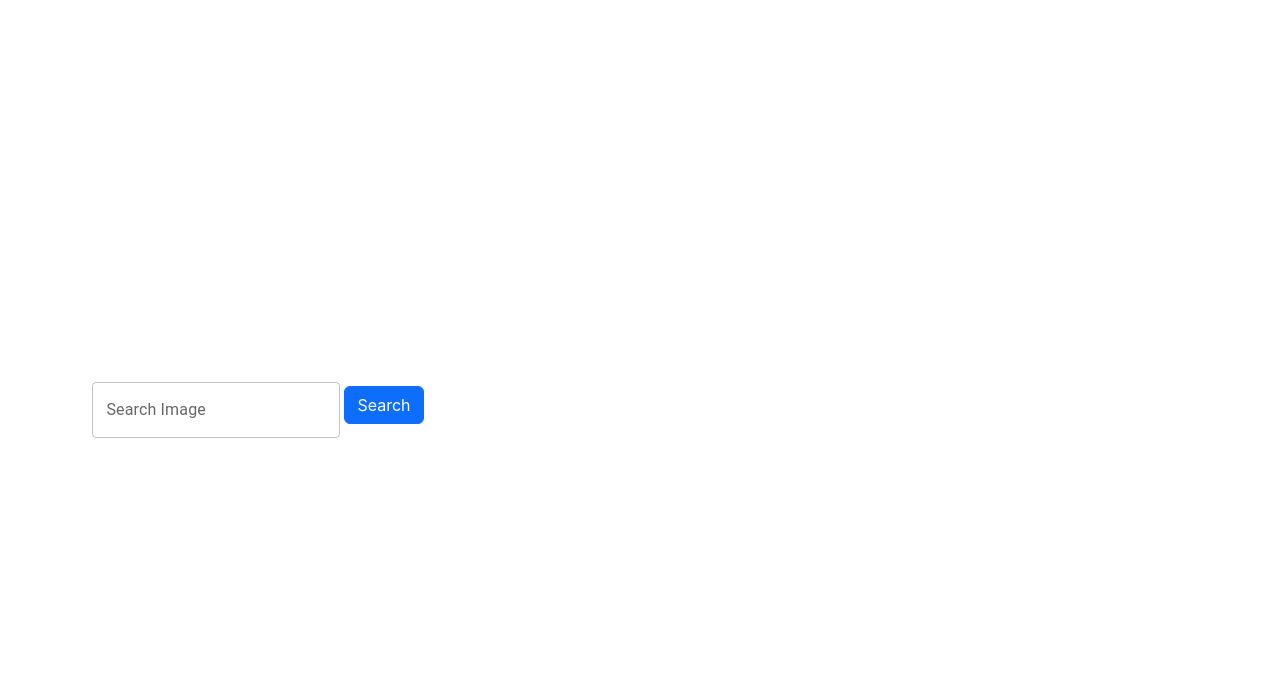
Repository: mohit78911/Snapshot
Page: /
The author's editor kept a copy of each file at every save. The page is drawn from the files as they stood at one save, then again after a run of saves.
The browser window is 1280 px wide. The pictures show the whole page.
The project was rebuilt for these pictures with package versions that can differ from the ones it lists, and the page was loaded fresh each time.

Above is the page before, as saved 2023-09-01 10:45:41.

### public/index.html
<!DOCTYPE html>
<html lang="en">
  <head>
    <meta charset="utf-8" />
    <link rel="icon" href="%PUBLIC_URL%/favicon.ico" />
    <link href="https://cdn.jsdelivr.net/npm/bootstrap@5.3.1/dist/css/bootstrap.min.css" rel="stylesheet" integrity="sha384-4bw+/aepP/YC94hEpVNVgiZdgIC5+VKNBQNGCHeKRQN+PtmoHDEXuppvnDJzQIu9" crossorigin="anonymous">
    <meta name="viewport" content="width=device-width, initial-scale=1" />
    <meta name="theme-color" content="#000000" />
    <meta
      name="description"
      content="Web site created using create-react-app"
    />
    <link rel="apple-touch-icon" href="%PUBLIC_URL%/logo192.png" />

    <link rel="manifest" href="%PUBLIC_URL%/manifest.json" />

    <title>React App</title>
  </head>
  <body style="text-align: center;">
    <noscript>You need to enable JavaScript to run this app.</noscript>
    <div id="root"></div>
    <script src="https://cdn.jsdelivr.net/npm/bootstrap@5.3.1/dist/js/bootstrap.bundle.min.js" integrity="sha384-HwwvtgBNo3bZJJLYd8oVXjrBZt8cqVSpeBNS5n7C8IVInixGAoxmnlMuBnhbgrkm" crossorigin="anonymous"></script>
  </body>
</html>

### src/App.js
import { Box } from "@mui/material";
import React from "react";
import SnapShot from "./snapshot/SnapShot";
console.log("hey i am snapshot Component")
export default function App() {
  return (
    <Box>
      <SnapShot />
    </Box>
  );
}

### src/snapshot/SnapShot.js
import React, { useEffect, useState } from "react";
import axios from "axios";
import "../App.css";

import SnapshotTable from "./SnapshotTable";
import SearchBox from "./SearchBox";

export default function SnapShot() {
  const [image, setImage] = useState("");
  const [data, setData] = useState([]);
  const getData = (e) => {
    e.preventDefault();
    axios
      .get(
        `https://api.unsplash.com/search/collections?page=1&query=${image}&client_id=-DzO7DyFZFBUXuUjR2Tb8dbbi8Qcg40oNw2kVfqoREI`
      )
      .then((result) => {
        setData(result.data.results[0].preview_photos);
        // console.log(result.data.results[0].preview_photos);
      })
      .catch((error) => console.log(error));
  };

  // useEffect(() => {
  //   getData();
  // }, []);

  console.log(data);
  return (
    <div class="container">
    <div class="row">
      <div class="col-4" className="firstColoum">
      <SearchBox setImage={setImage} image={image} getData={getData} />
      </div>
      <div class="col-8">
      <SnapshotTable data={data} />
      </div>
    </div>
    </div>
  );
}

### src/App.css
.App {
  text-align: center;
}

.App-logo {
  height: 40vmin;
  pointer-events: none;
}

@media (prefers-reduced-motion: no-preference) {
  .App-logo {
    animation: App-logo-spin infinite 20s linear;
  }
}

.App-header {
  background-color: #282c34;
  min-height: 100vh;
  display: flex;
  flex-direction: column;
  align-items: center;
  justify-content: center;
  font-size: calc(10px + 2vmin);
  color: white;
}

.App-link {
  color: #61dafb;
}

@keyframes App-logo-spin {
  from {
    transform: rotate(0deg);
  }

  to {
    transform: rotate(360deg);
  }
}

.firstColoum{
  margin-top: 52vh;
}

### src/snapshot/SnapshotTable.js
import React from "react";
import "./SnapshotCss.css";

function SnapshotTable({ data }) {
  return (
    <div>
      <div>
        {data.map((value, i) => {
          return (
            <tr key={i} className="imgdisplay">
              <td>
                <div className="card" style={{ width: "18rem" }}>
                  <img className="card-img-top" src={value.urls.regular} />
                </div>
              </td>
            </tr>
          );
        })}
      </div>
    </div>
  );
}

export default SnapshotTable;

### src/snapshot/SearchBox.js
import React from "react";
import { TextField } from "@mui/material";
import "./SearchBox.css"

function SearchBox({ getData, setImage, image }) {
  return (
    <div>
      <div>
        <form onSubmit={getData} className="mt-2">
          <TextField
            value={image}
            onChange={(e) => setImage(e.target.value)}
            label="Search Image"
          />
          <button type="submit" className="btn btn-primary m-1">
            Search
          </button>
        </form>
      </div>
    </div>
  );
}

export default SearchBox;

### src/snapshot/SnapshotCss.css
.imgdisplay {
    display:inline-flex;
    margin-top: 15px;
    /* justify-content: center;
    align-items: center;
    align-content: center; */
}

*{
    flex: 5;
}

### src/snapshot/SearchBox.css
*{
    flex: 5;
}

Loaded but not shown: src/index.js (common file); src/index.css (common file); src/reportWebVitals.js (common file)

After the next 2 saves:
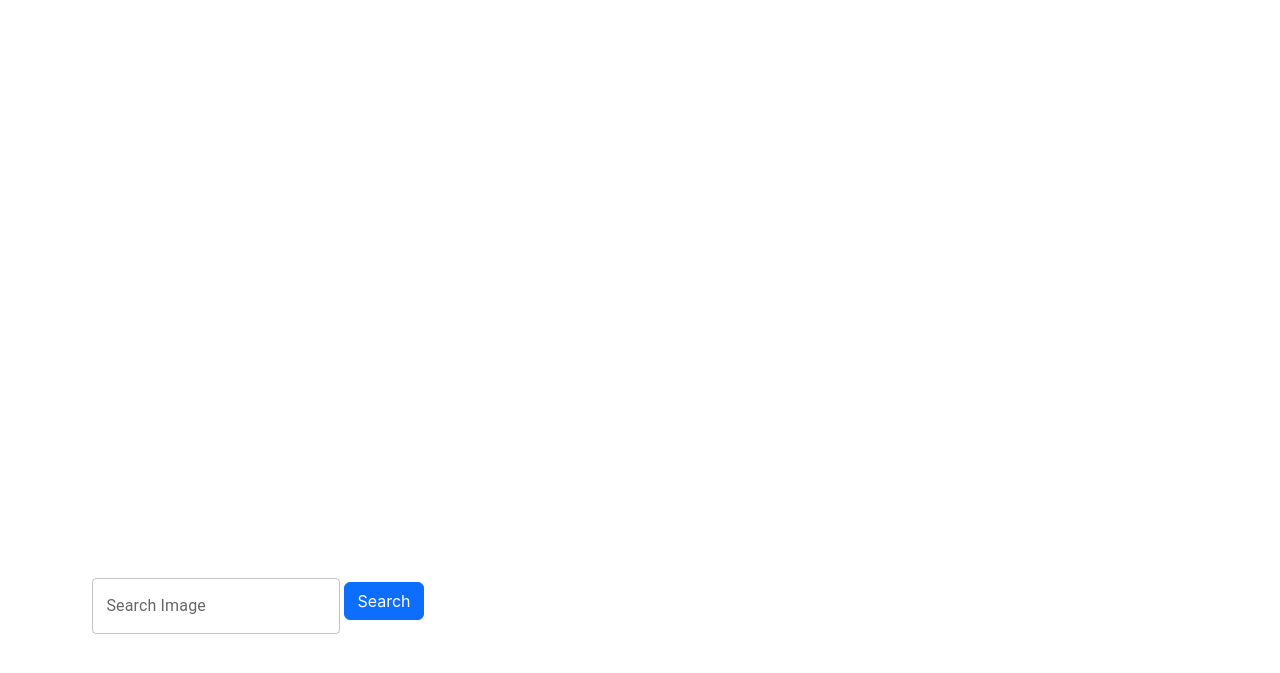
The 2 saves are shown as one change because they came seconds apart.
The last was saved 10 s later.
--- a/src/App.css
+++ b/src/App.css
@@ -39,5 +39,5 @@
 }
 
 .firstColoum{
-  margin-top: 52vh;
+  margin-top: 50%;
 }
